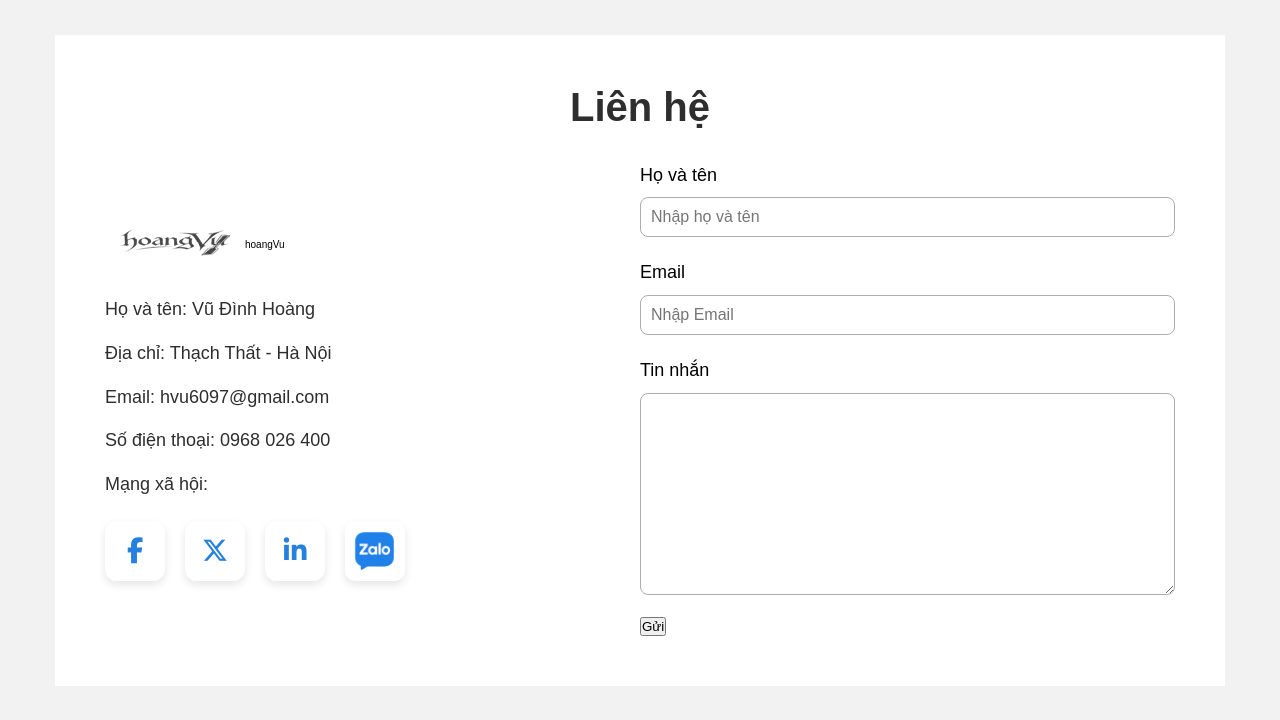
Repository: hoang28092000/portfolio
Page: pages/contact.html
An editor plug-in stored every save of this project. The page is shown before and after a run of saves, followed by the edit.
The browser window is 1280 px wide. The pictures show the whole page.

Above is the page before, as saved 2025-04-11 23:41:06.

After the next 3 saves:
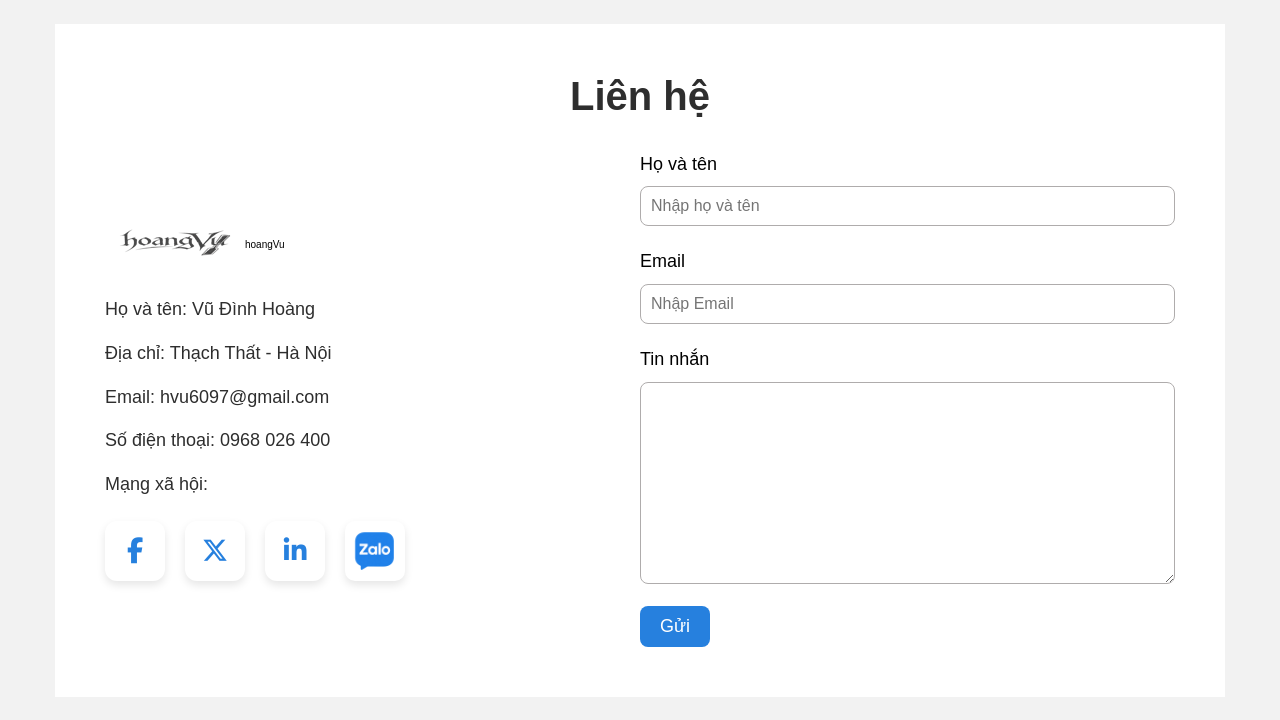
The 3 saves are shown as one change because they came seconds apart.
The last was saved 16 s later.
--- a/css/pages.css
+++ b/css/pages.css
@@ -294,3 +294,14 @@ html {
     color: #2e2e2e;
     outline: none;
 }
+
+.btn-submit{
+    background-color: #2680de;
+    color: #fff;
+    padding: 10px 20px;
+    border-radius: 8px;
+    border: none;
+    font-size: 1.8rem;
+    cursor: pointer;
+    transition: all 0.3s ease-in-out;
+}
